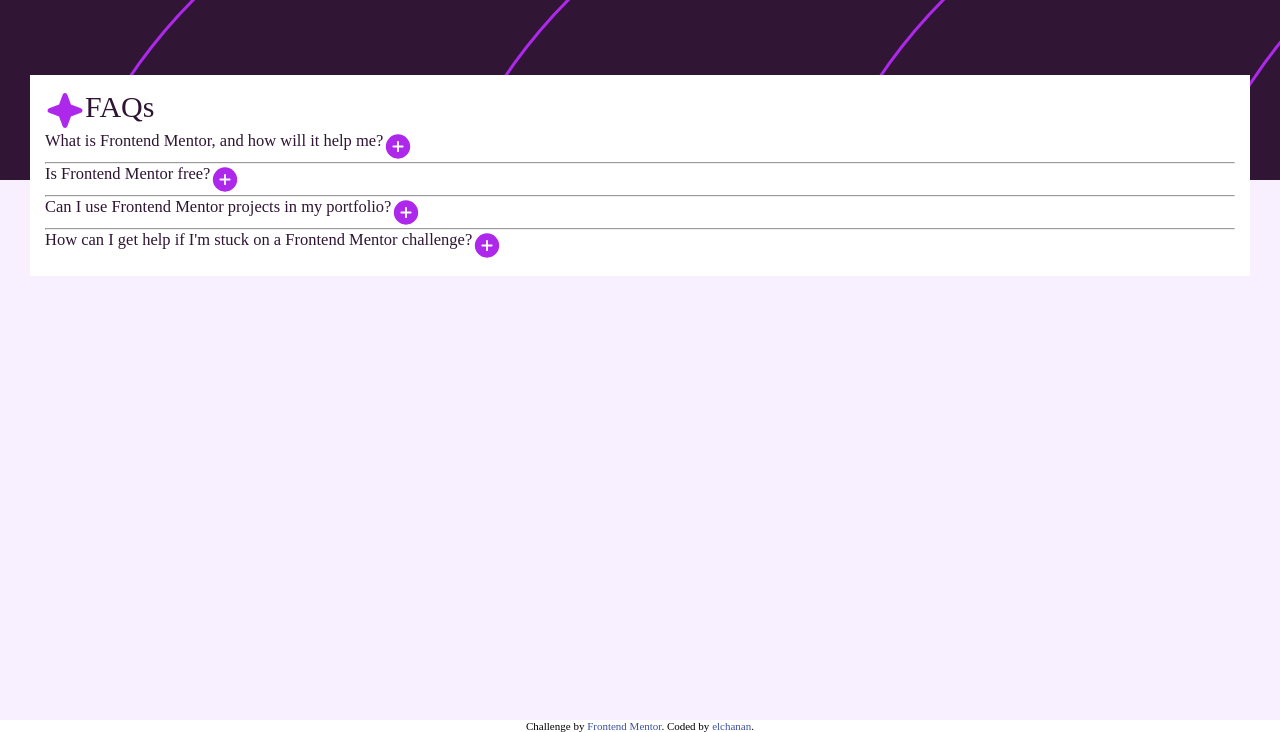
Repository: elchananChen/frontend-mentor-projects
Page: 2024/10/faQs/index.html
The author's editor kept a copy of each file at every save. The page is drawn from the files as they stood at one save, then again after the next save.
The browser window is 1280 px wide. The pictures show the whole page.

Above is the page before, as saved 2024-10-13 06:17:52.

After the next save:
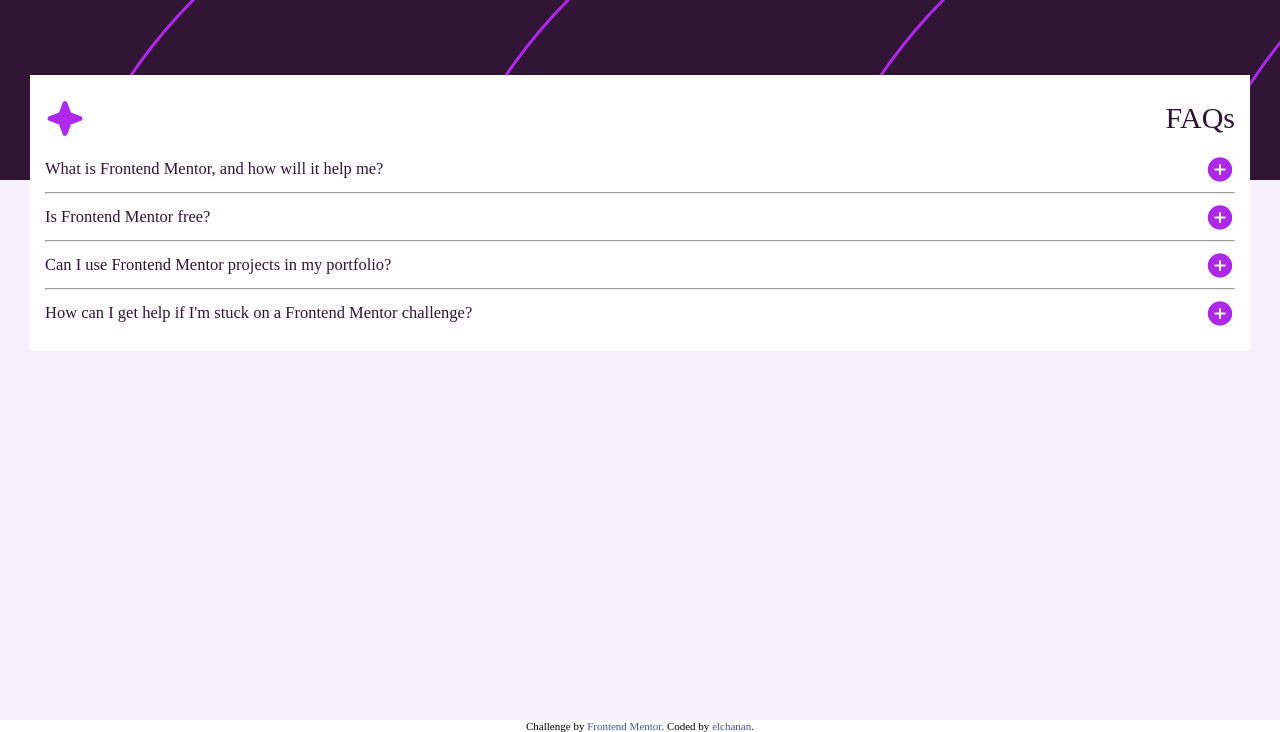
Saved 7 s later.
--- a/2024/10/faQs/style.css
+++ b/2024/10/faQs/style.css
@@ -25,7 +25,7 @@
   font-size: 1.1rem;
   color: var(--color-Dark-purple);
 }
-.Q-wrapper {
+.q-wrapper {
   padding-block: 0.5rem;
   align-items: center;
   justify-content: space-between;
